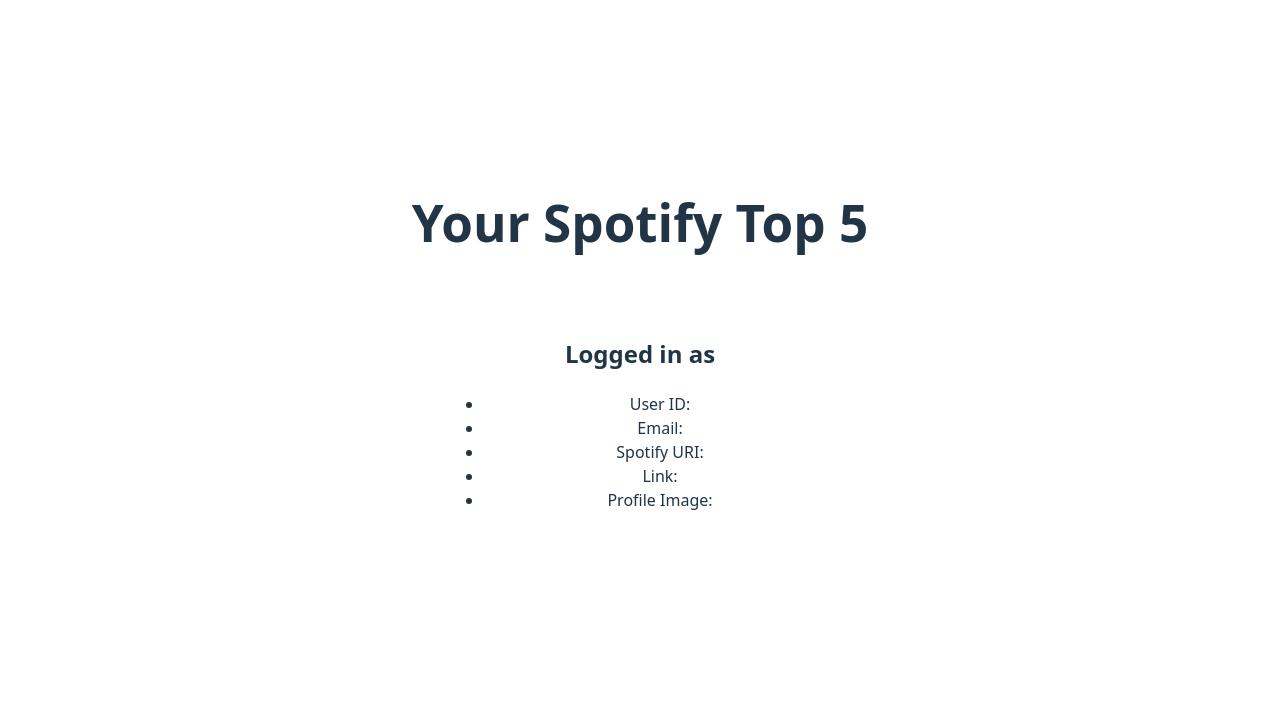
Repository: jakatan/Snarkify
Page: /
An editor plug-in stored every save of this project. The page is shown before and after a run of saves, followed by the edit.
The browser window is 1280 px wide. The pictures show the whole page.
The project was rebuilt for these pictures with package versions that can differ from the ones it lists, and the page was loaded fresh each time. Also part of the build but not shown: vite.config.ts.

Above is the page before, as saved 2025-04-05 14:40:36.

After the next 2 saves:
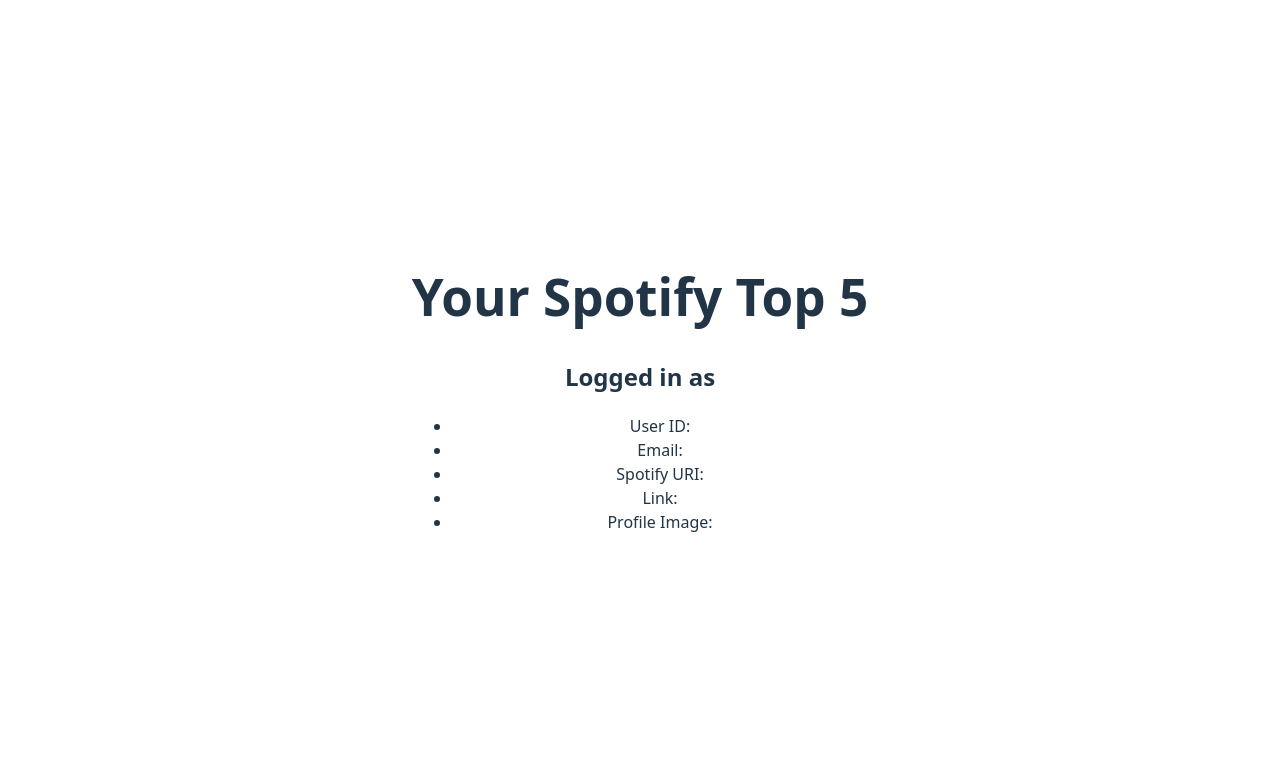
The 2 saves are shown as one change because 1 did not build or start.
The last was saved 13 s later.
--- a/src/App.tsx
+++ b/src/App.tsx
@@ -7,7 +7,7 @@
   return (
     <>
       <h1>Your Spotify Top 5</h1>
-      <div className="card">
+      <body className="card">
         <script src="src/script.ts" type="module"></script>
         <section id="profile">
           <h2>
@@ -32,7 +32,7 @@
             </li>
           </ul>
         </section>
-      </div>
+      </body>
     </>
   );
 }
